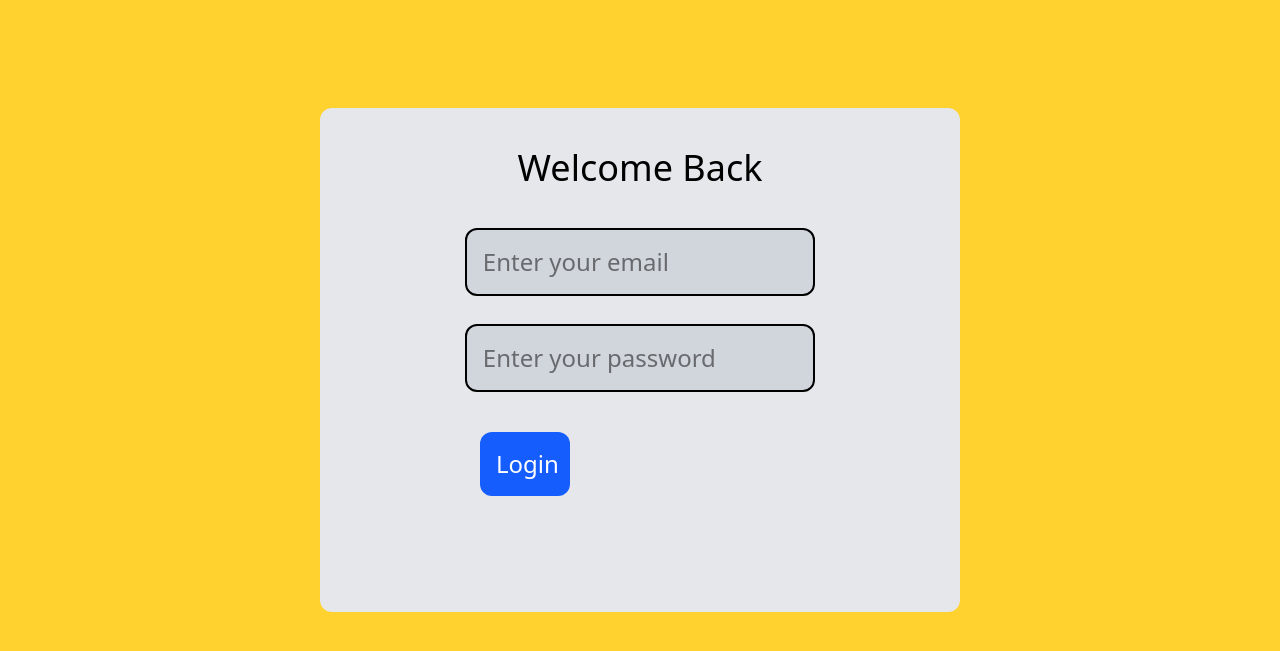
Repository: Habeebur1493/React-App
Page: /
An editor plug-in stored every save of this project. The page is shown before and after the next save, followed by the edit.
The browser window is 1280 px wide. The pictures show the whole page.
The page's requests for data from a server got no answer. The project was rebuilt for these pictures with package versions that can differ from the ones it lists, and the page was loaded fresh each time. No one was signed in, and anything a server would have sent is missing. Also part of the build but not shown: vite.config.js, src/Components/Nav.jsx, src/Components/Loading.jsx, src/Components/Home.jsx, src/Components/Details.jsx, src/Components/Addproducts.jsx, src/Components/ShowProducts.jsx.

Above is the page before, as saved 2025-02-06 01:44:07.

### index.html
<!doctype html>
<html lang="en">
  <head>
    <meta charset="UTF-8" />
    <meta name="viewport" content="width=device-width, initial-scale=1.0" />
    <title>Project</title>
  </head>
  <body>
    <div id="root"></div>
    <script type="module" src="/src/main.jsx"></script>
  </body>
</html>

### src/main.jsx
import React, { StrictMode } from "react";
import { createRoot } from "react-dom/client";
import App from "./App.jsx";
import { BrowserRouter } from "react-router-dom";
import Context from "./Components/utils/Context.jsx";
import { ToastContainer } from "react-toastify";

createRoot(document.getElementById("root")).render(
 <StrictMode>
   <Context>
    <BrowserRouter>
      <App />
      <ToastContainer />
    </BrowserRouter>
    </Context>
 </StrictMode>

);

### src/App.jsx
import React, { useState } from "react";
import "./App.css";
import { Route, Routes } from "react-router-dom";
import Login from "./Components/Login.jsx";
import Home from "./Components/Home.jsx";
import Details from "./Components/Details.jsx";
import Addproducts from "./Components/Addproducts.jsx";
import ShowProducts from "./Components/ShowProducts.jsx";

const App = () => {
  const [selectedProduct, setSelectedProduct] = useState(null);

  return (
    <div className='h-screen w-screen flex'>
      <Routes>
        <Route path='/' element={<Login />} />
        <Route path='/Home' element={<Home />} />
        <Route path='/add-products' element={<Addproducts />} />
        <Route path='/details/:id' element={<Details />} />
        <Route path='/show-products'element={<ShowProducts
              setSelectedProduct={setSelectedProduct}
              selectedProduct={selectedProduct}
            />
          }
        />
      </Routes>
    </div>
  );
};

export default App;

### src/Components/utils/Context.jsx
import React, { createContext, useEffect, useState } from "react";
import axios from "axios";

export const ProductContext = createContext();

const Context = ({children}) => {
  const [products, setproducts] = useState([]);

  const getproducts = async () => {
    try {
      const { data } = await axios.get("https://fakestoreapi.com/products");
      setproducts(data);
    } catch (error) {
      console.log( "Error Fetching products"  ,error);
    }
  };

  useEffect(() => {
    getproducts();
  }, []);

  return (
    <ProductContext.Provider value={{products, setproducts}}>
      {children}
    </ProductContext.Provider>
  );
};

export default Context;

### src/Components/Login.jsx
import React, { useEffect, useState } from "react";
import { useNavigate } from "react-router-dom";

const Login = () => {
  const [email, setEmail] = useState("");
  const [password, setPassword] = useState("");

  const navigate = useNavigate();

  useEffect(() => {
    const auth = localStorage.getItem("user");
    if (auth) {
      navigate("/");
    }
  }, [navigate]);

  const login = async () => {
    let result = await fetch("https://reqres.in/api/login", {
      method: "post",
      body: JSON.stringify({ email, password }),
      headers: {
        "Content-Type": "application/json",
        Accept: "application/json",
      },
    });
    result = await result.json();
    console.log(result);

    if (result.token) {
      localStorage.setItem("user", JSON.stringify(email));
      localStorage.setItem("token", JSON.stringify(result.token));
      navigate("/Home");
      } else{
        alert("Please enter correct details")
      }
  }

  return (
      <div className="w-full h-screen flex justify-center items-center bg-amber-300 ">
        <div className="w-[90%] md:w-[70%] lg:w-[50%] h-[70%] p-5 bg-gray-200 flex-col flex items-center gap-3 rounded-xl">
          <h1 className="text-4xl font semibold mt-5 mb-5">Welcome Back</h1>

          <div className="w-full flex  flex-col gap-3">
            <div className="w-full flex justify-center items-center p-2 rounded-xl gap-2">
              <input
                onChange={(e) => setEmail(e.target.value)}
                type="email"
                placeholder="Enter your email"
                className="bg-gray-300 w-full md:w-[75%] lg:w-[60%] border-2 p-4 rounded-xl
                text-base md-text-xl lg:text-2xl"
              />
            </div>
            <div className="w-full flex justify-center  items-center bg- gray-800 p-2 rounded-xl gap-2">
              <input
                onChange={(e) => setPassword(e.target.value)}
                type="password"
                placeholder="Enter your password"
                className="bg-gray-300 w-full md:w-[75%] lg:w-[60%] border-2 p-4 rounded-xl
                text-base md-text-xl lg:text-2xl"
              />
            </div>
            <button
              onClick={login}
              className="w-[40%] md:w[25%] lg:w-[15%] p-4 bg-blue-600 text-white
              text-lg md:text-xl lg:text-2xl rounded-xl mt-5 cursor-pointer ml-35"
            >
              Login
            </button>
          </div>
        </div>
      </div>
  );
};

export default Login;

Loaded but not shown: src/App.css (common file)

After the next save:
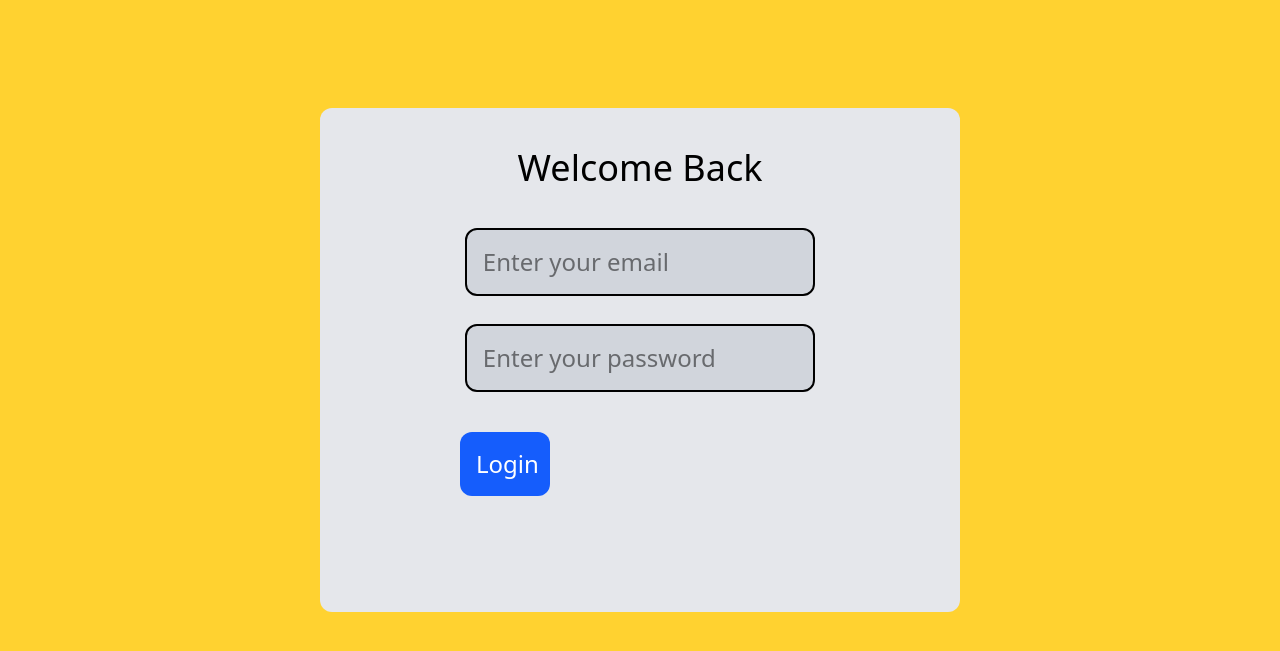
Saved 14 s later.
--- a/src/Components/Login.jsx
+++ b/src/Components/Login.jsx
@@ -62,7 +62,7 @@ const Login = () => {
             <button
               onClick={login}
               className="w-[40%] md:w[25%] lg:w-[15%] p-4 bg-blue-600 text-white
-              text-lg md:text-xl lg:text-2xl rounded-xl mt-5 cursor-pointer ml-35"
+              text-lg md:text-xl lg:text-2xl rounded-xl mt-5 cursor-pointer ml-30"
             >
               Login
             </button>
